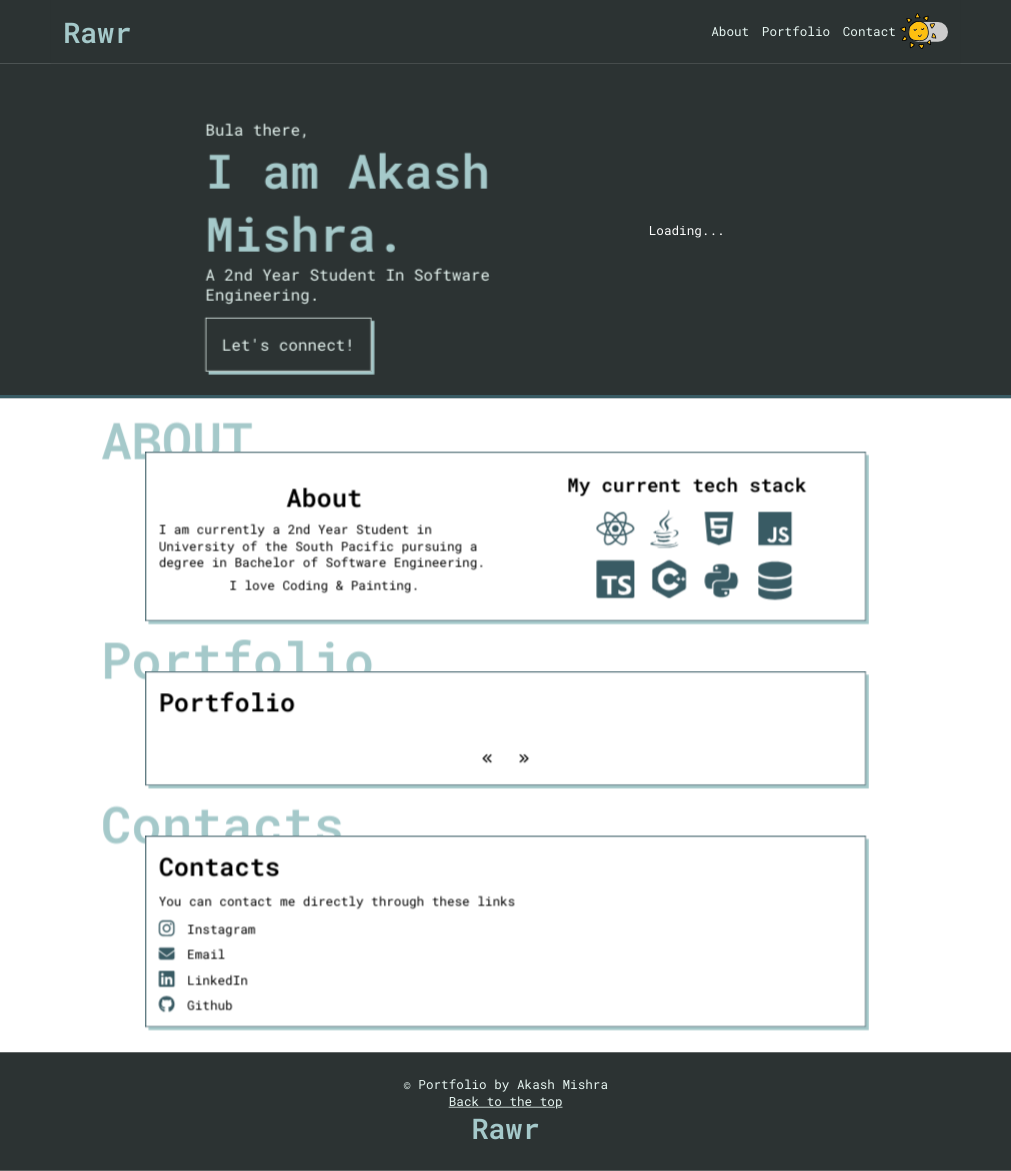
Repository: akashrawr/personal-portfolio
Page: /
The author's editor kept a copy of each file at every save. The page is drawn from the files as they stood at one save, then again after the next save.
The browser window is 1280 px wide. The pictures show the whole page, at 79% of full size.
The page's requests for data from a server got no answer. The project was rebuilt for these pictures with package versions that can differ from the ones it lists, and the page was loaded fresh each time. The framework's server and built-in components were replaced by stand-ins that run in the browser. No one was signed in, and anything a server would have sent is missing. Also part of the build but not shown: next.config.ts.

Above is the page before, as saved 2025-01-02 21:20:48.

### app/layout.tsx
import type { Metadata } from "next";
import { Geist, Geist_Mono } from "next/font/google";
import "./globals.css";

const geistSans = Geist({
  variable: "--font-geist-sans",
  subsets: ["latin"],
});

const geistMono = Geist_Mono({
  variable: "--font-geist-mono",
  subsets: ["latin"],
});

export const metadata: Metadata = {
  title: "akashrawr",
  description: "Personal Portfolio",
};

export default function RootLayout({
  children,
}: Readonly<{
  children: React.ReactNode;
}>) {
  return (
    <html lang="en" translate="no"> {/* Prevent translation of the entire page */}
      <head>
        <meta charSet="UTF-8" />
        <meta httpEquiv="Content-Language" content="en" /> {/* Explicitly set content language */}
        <meta name="google" content="notranslate" /> {/* Inform Google to not translate */}
        <link rel="icon" href="/rawr.ico" type="image/x-icon" />
        <title>akashrawr</title>
        <meta name="description" content="My Personal Portfolio" />
      </head>
      <body className={`${geistSans.variable} ${geistMono.variable} antialiased`}>
        <div className="notranslate">
          {children}
        </div>
      </body>
    </html>
  );
}

### app/page.tsx
"use client"; // Enables client-side functionality
import React, { useState, useEffect } from "react";
import AOS from "aos";
import "aos/dist/aos.css";
import "./globals.css"; // Import global styles

// Import components
import Header from "./components/Header";
import Hero from "./components/Hero";
import About from "./components/About";
import Portfolio from "./components/Portfolio";
import Contact from "./components/Contact";
import Footer from "./components/Footer";

const Page: React.FC = () => {
  useEffect(() => {
    AOS.init({ once: true, delay: 0 });
  }, []);

  const [isNavVisible, setIsNavVisible] = useState(false);
  const [darkMode, setDarkMode] = useState(false);

  const toggleNav = () => {
    setIsNavVisible(!isNavVisible);
  };

  const toggleDarkMode = () => {
    setDarkMode(!darkMode);
    document.body.classList.toggle("dark-mode", !darkMode);
  };

  return (
    <div>
      <Header
        isNavVisible={isNavVisible}
        toggleNav={toggleNav}
        darkMode={darkMode}
        toggleDarkMode={toggleDarkMode}
      />
      <main>
        <Hero />
        <About />
        <Portfolio />
        <Contact />
      </main>
      <Footer />
    </div>
  );
};

export default Page;

### app/components/Hero.tsx
import React, { useEffect, useState } from 'react';
import supabase from '../utils/supabaseClient';  // Adjust path if in 'utils'
import Image from 'next/image';  // Import Image from next/image

function Hero() {
  const [heroImage, setHeroImage] = useState<string | null>(null);

  useEffect(() => {
    const fetchHeroImage = async () => {
      const { data, error } = await supabase
        .from('hero')  // Table name is 'hero'
        .select('image_path')        // Only selecting 'image_path' column
        .limit(1);                   // Limiting to only one result (first row)

      if (error) {
        console.error('Error fetching hero image:', error);
      } else {
        setHeroImage(data?.[0]?.image_path || null);
      }
    };

    fetchHeroImage();
  }, [supabase]); // Including 'supabase' as a dependency

  return (
    <section id="hero">
      <div className="hero-main-container">
        {/* Text and Button Container */}
        <div className="hero-container">
          <div className="hero-text-container" data-aos="fade-up">
            <p>Bula there,</p>
            <h2>I am Akash Mishra.</h2>
            <p>A 2nd Year Student In Software Engineering.</p>
          </div>
          <a href="#contact" className="hero-button" data-aos="fade-up">
            Let&apos;s connect!
          </a>
        </div>

        {/* Image Container */}
        <div className="hero-img" data-aos="fade-up">
          {heroImage ? (
            <Image
              className="hero-image"
              src={heroImage}
              alt="Akash"
              layout="responsive"
              width={500}
              height={500}
            />
          ) : (
            <p>Loading...</p>
          )}
        </div>
      </div>
    </section>
  );
}

export default Hero;

### app/components/About.tsx
import React from "react";
import { FontAwesomeIcon } from "@fortawesome/react-fontawesome";
import { faReact, faJava, faHtml5, faJs, faPython } from "@fortawesome/free-brands-svg-icons";
import { SiTypescript, SiCplusplus } from "react-icons/si";
import { faDatabase } from "@fortawesome/free-solid-svg-icons";

const About: React.FC = () => {
  return (
    <section id="about">
      <div className="section-highlight" data-aos="fade-up">
        ABOUT
      </div>
      <div className="about-container" data-aos="fade-up">
        <div className="about-card">
          <section className="about-content">
            <h2>About</h2>
            <p>
              I am currently a 2nd Year Student in University of the South Pacific pursuing a
              degree in Bachelor of Software Engineering.
            </p>
            <p>I love Coding & Painting.</p>
          </section>

          <section className="about-content tech-stack-section">
            <h3>My current tech stack</h3>
            <div className="tech-stack-grid">
              <div className="tech-stack">
                <FontAwesomeIcon icon={faReact} className="about-icon" />
              </div>
              <div className="tech-stack">
                <FontAwesomeIcon icon={faJava} className="about-icon" />
              </div>
              <div className="tech-stack">
                <FontAwesomeIcon icon={faHtml5} className="about-icon" />
              </div>
              <div className="tech-stack">
                <FontAwesomeIcon icon={faJs} className="about-icon" />
              </div>
              <div className="tech-stack">
                <SiTypescript className="about-icon ts-icon" />
              </div>
              <div className="tech-stack">
                <SiCplusplus className="about-icon cpp-icon" />
              </div>
              <div className="tech-stack">
                <FontAwesomeIcon icon={faPython} className="about-icon" />
              </div>
              <div className="tech-stack">
                <FontAwesomeIcon icon={faDatabase} className="about-icon" />
              </div>
            </div>
          </section>
        </div>
      </div>
    </section>
  );
};

export default About;

### app/components/Portfolio.tsx
import React, { useEffect, useState } from 'react';
import { FontAwesomeIcon } from '@fortawesome/react-fontawesome';
import { faGithub } from '@fortawesome/free-brands-svg-icons';
import { faLaptopCode, faAngleDoubleRight, faAnglesLeft } from '@fortawesome/free-solid-svg-icons';
import supabase from '../utils/supabaseClient';  // Adjust path if in 'utils'
import Image from 'next/image'; // Import Image from Next.js

type Project = {
  id: number;
  title: string;
  description: string;
  image_path: string;
  repo_link: string;
  live_demo_link?: string | null;
};

function Portfolio() {
  const [projects, setProjects] = useState<Project[]>([]);
  const [currentPage, setCurrentPage] = useState<number>(1);
  const projectsPerPage = 4;

  useEffect(() => {
    const fetchProjects = async () => {
      const { data, error } = await supabase
        .from('portfolio')  // Table name is 'portfolio'
        .select('*')
        .order('id', { ascending: true }); // Fetch data in ascending order by 'id'

      if (error) {
        console.error('Error fetching projects:', error);
      } else {
        // Sort the projects manually to match your custom order
        const customOrder = [5, 4, 3, 2, 1]; // Custom order for IDs
        const sortedProjects = customOrder.map(id => data?.find(project => project.id === id)).filter(Boolean) as Project[];

        setProjects(sortedProjects);
      }
    };

    fetchProjects();
  }, [supabase]);

  // Calculate total pages
  const totalPages = Math.ceil(projects.length / projectsPerPage);

  // Calculate current projects to display
  const indexOfLastProject = currentPage * projectsPerPage;
  const indexOfFirstProject = indexOfLastProject - projectsPerPage;
  const currentProjects = projects.slice(indexOfFirstProject, indexOfLastProject);

  const handleNext = () => {
    setCurrentPage((prevPage) => (prevPage < totalPages ? prevPage + 1 : prevPage));
  };

  const handlePrevious = () => {
    setCurrentPage((prevPage) => (prevPage > 1 ? prevPage - 1 : prevPage));
  };

  const handlePageClick = (page: number) => {
    setCurrentPage(page);
  };

  return (
    <section id="portfolio">
      <div className="section-highlight" data-aos="fade-up">
        Portfolio
      </div>
      <div className="portfolio-container" data-aos="fade-up">
        <div className="portfolio-card">
          <div className="portfolio-content">
            <h2>Portfolio</h2>
            {/* Project Container */}
            <div className="project-container">
              {currentProjects.map((project) => (
                <section className="project-card" key={project.id}>
                  <Image
                    className="project-img"
                    src={project.image_path}
                    alt={project.title}
                    width={500}
                    height={300}
                    loading="lazy" // Enable lazy loading
                  />
                  <h3>{project.title}</h3>
                  <h5>Project Description</h5>
                  <p>{project.description}</p>
                  <div className="project-card-links">
                    <a href={project.repo_link} className="project-link">
                      <FontAwesomeIcon icon={faGithub} className="project-icons" />
                      Repository
                    </a>
                    {/* Only show Live Demo if the link exists */}
                    {project.live_demo_link && project.live_demo_link !== '' && (
                      <a href={project.live_demo_link} className="project-link">
                        <FontAwesomeIcon icon={faLaptopCode} className="project-icons" />
                        Live Demo
                      </a>
                    )}
                  </div>
                </section>
              ))}
            </div>
            {/* End of Project Container */}

            {/* Pagination Controls */}
            <div className="pagination">
              <a
                href="#!"
                onClick={handlePrevious}
                className={currentPage === 1 ? 'disabled' : ''}
              >
                <FontAwesomeIcon icon={faAnglesLeft} />
              </a>
              {[...Array(totalPages)].map((_, index) => (
                <a
                  key={index + 1}
                  href="#!"
                  onClick={() => handlePageClick(index + 1)}
                  className={currentPage === index + 1 ? 'active' : ''}
                >
                  {index + 1}
                </a>
              ))}
              <a
                href="#!"
                onClick={handleNext}
                className={currentPage === totalPages ? 'disabled' : ''}
              >
                <FontAwesomeIcon icon={faAngleDoubleRight} />
              </a>
            </div>
          </div>
        </div>
      </div>
    </section>
  );
}

export default Portfolio;

### app/components/Contact.tsx
import React from "react";
import { FontAwesomeIcon } from "@fortawesome/react-fontawesome";
import { faInstagram, faGithub, faLinkedin } from "@fortawesome/free-brands-svg-icons";
import { faEnvelope } from "@fortawesome/free-solid-svg-icons";

const Contact: React.FC = () => {
  return (
    <section id="contact">
      <h2 className="section-highlight" data-aos="fade-up">
        Contacts
      </h2>
      <div className="contact-container" data-aos="fade-up">
        <div className="contact-card">
          <h2>Contacts</h2>
          <p>You can contact me directly through these links</p>

          <div className="contact-links">
            <a href="https://www.instagram.com/_acnologxa" className="contact-link">
              <FontAwesomeIcon icon={faInstagram} className="contact-icons" />
              Instagram
            </a>

            <a href="mailto:akashkm553@gmail.com" className="contact-link">
              <FontAwesomeIcon icon={faEnvelope} className="contact-icons" />
              Email
            </a>

            <a href="https://www.linkedin.com/in/akashmishra-rawr" className="contact-link">
              <FontAwesomeIcon icon={faLinkedin} className="contact-icons" />
              LinkedIn
            </a>

            <a href="https://github.com/akashrawr" className="contact-link">
              <FontAwesomeIcon icon={faGithub} className="contact-icons" />
              Github
            </a>
          </div>
        </div>
      </div>
    </section>
  );
};

export default Contact;

### app/components/Footer.tsx
import React from 'react';

const Footer: React.FC = () => {
  return (
    <footer>
      <div className="footer-content">
        © Portfolio by Akash Mishra <br />
        <a href="#hero">Back to the top</a>
        <div className="nav-logo">
          <h1>Rawr</h1>
        </div>
      </div>
    </footer>
  );
};

export default Footer;

### app/utils/supabaseClient.ts
import { createClient } from '@supabase/supabase-js';

// Fetch environment variables
const supabaseUrl = process.env.NEXT_PUBLIC_SUPABASE_URL || '';
const supabaseKey = process.env.NEXT_PUBLIC_SUPABASE_KEY || '';

// Initialize the Supabase client
const supabase = createClient(supabaseUrl, supabaseKey);

export default supabase;

Loaded but not shown: app/globals.css (891 lines, source omitted); app/components/Header.tsx (67 lines, source omitted)

After the next save:
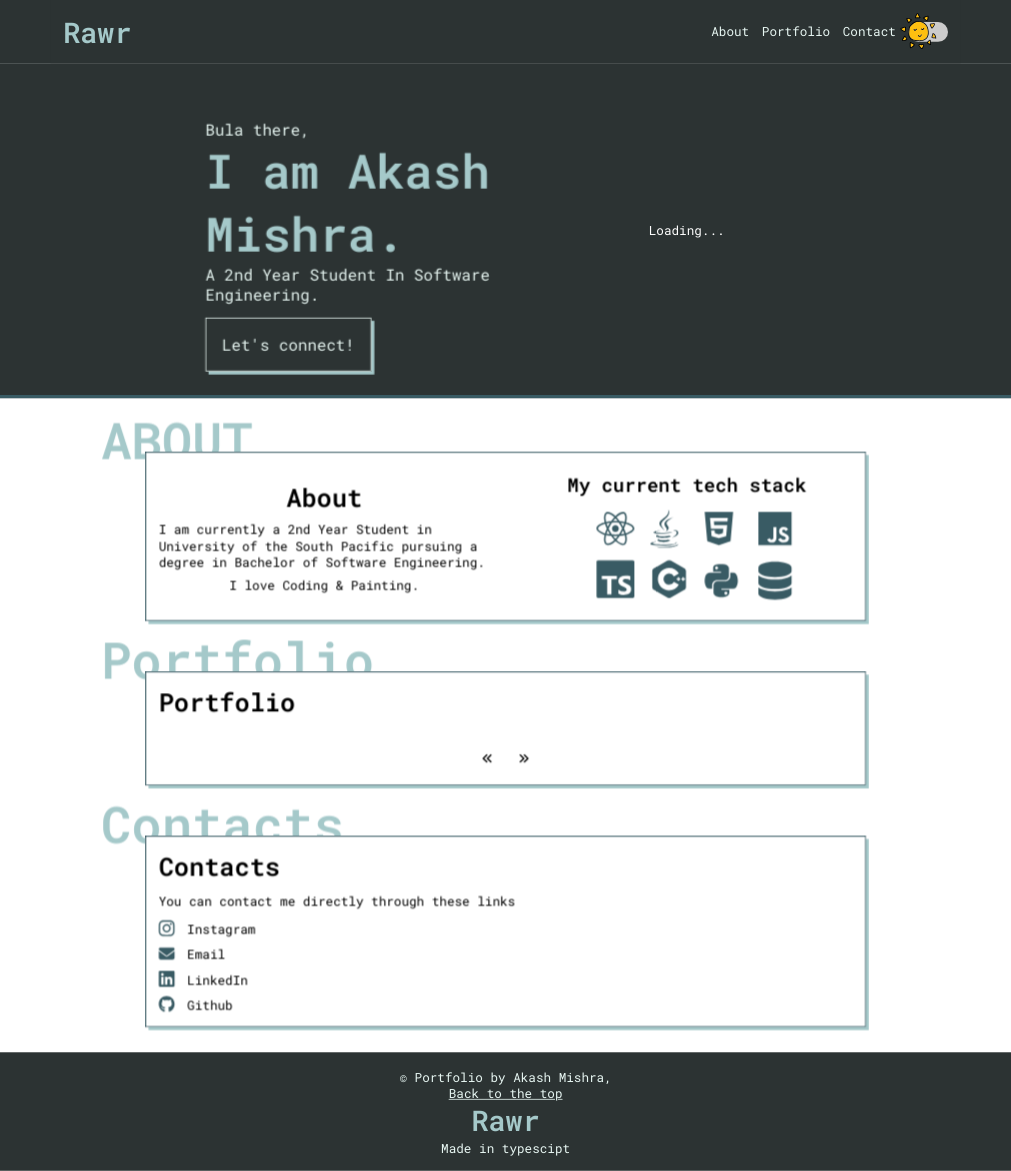
Saved 51 s later.
--- a/app/components/Footer.tsx
+++ b/app/components/Footer.tsx
@@ -4,11 +4,12 @@ const Footer: React.FC = () => {
   return (
     <footer>
       <div className="footer-content">
-        © Portfolio by Akash Mishra <br />
+        © Portfolio by Akash Mishra,  <br />
         <a href="#hero">Back to the top</a>
         <div className="nav-logo">
           <h1>Rawr</h1>
         </div>
+        Made in typescipt <br />
       </div>
     </footer>
   );
